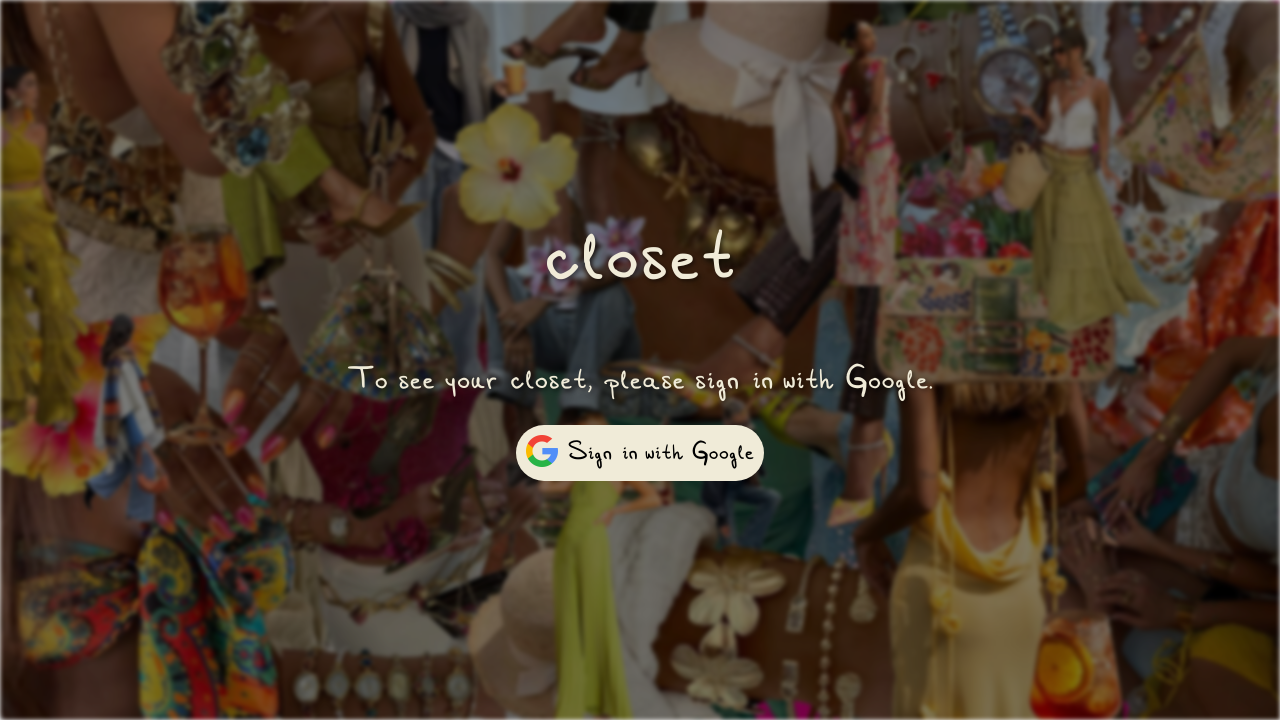
Repository: karla-sikavica/theCloset
Page: / (app in frontend/)
These files come from the project's save history. The page is drawn as it stood at one moment and after the next save; the edit follows.
The browser window is 1280 px wide. The pictures show the whole page.
The project was rebuilt for these pictures with package versions that can differ from the ones it lists, and the page was loaded fresh each time. Also part of the build but not shown: frontend/vite.config.ts.

Above is the page before, as saved 2025-04-10 16:42:34.

After the next save:
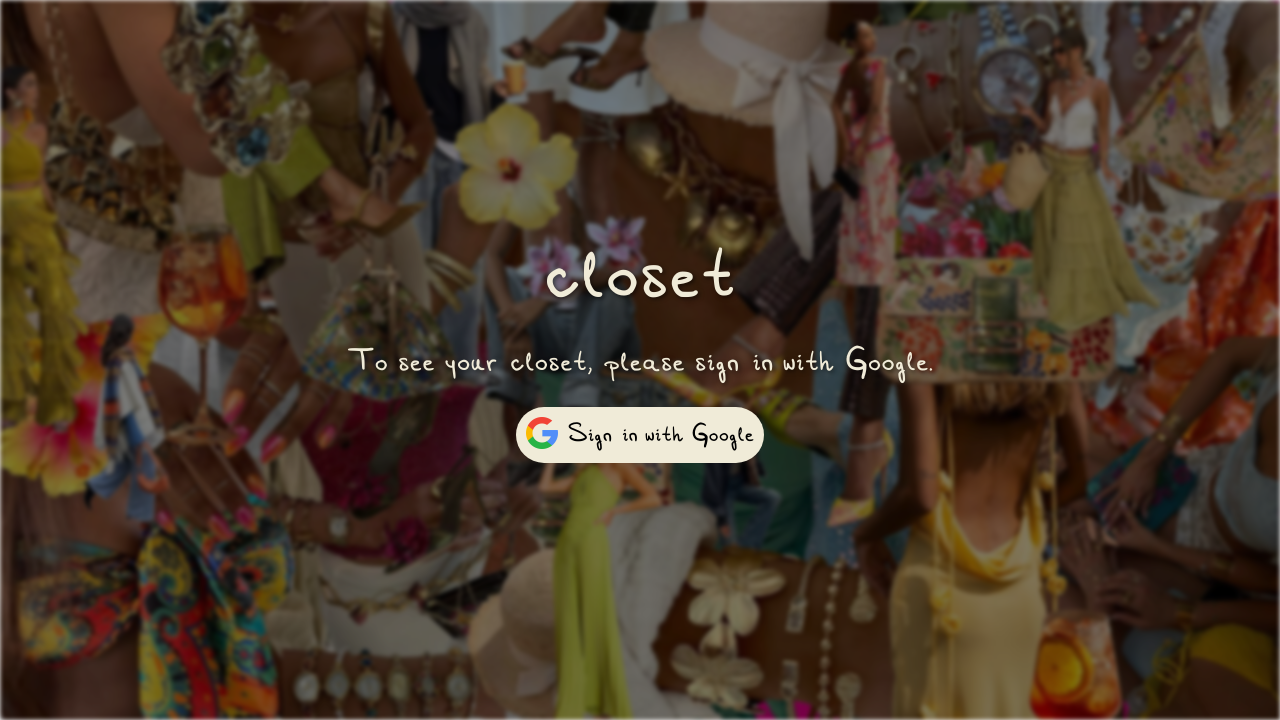
Saved 6 s later.
--- a/frontend/src/pages/css/Login.module.css
+++ b/frontend/src/pages/css/Login.module.css
@@ -12,7 +12,7 @@
   /* Main title styling */
   .loginTitle {
     font-size: 150px;
-    margin-bottom: 10vh;
+    margin-bottom: 5vh;
     font-weight: bold;
     font-family: 'Kalla', sans-serif;
   }
